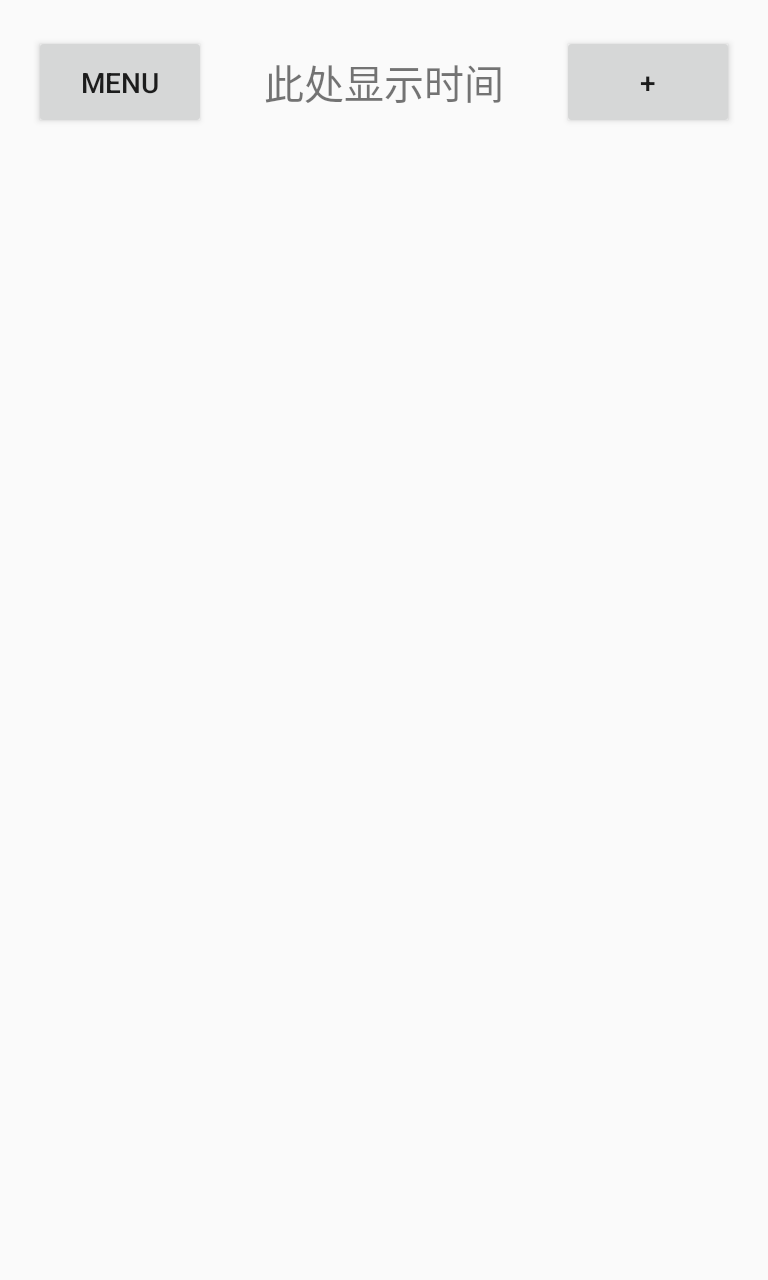
Repository: sh-zh-en/NBTodo
Layout: nbtodo/NBTodo/res/layout/activity_nbtodo_main.xml
These files come from the project's save history. The layout is drawn as it stood at one moment and after the next save; the edit follows.
It is drawn on a 768 x 1280 px phone screen (xhdpi) without system bars, with theme AppTheme; the app's code is not run.

Above is the layout before, as saved 2015-03-06 02:41:01.

### nbtodo/NBTodo/res/layout/activity_nbtodo_main.xml
<RelativeLayout xmlns:android="http://schemas.android.com/apk/res/android"
    xmlns:tools="http://schemas.android.com/tools"
    android:layout_width="match_parent"
    android:layout_height="match_parent"
    android:paddingBottom="@dimen/activity_vertical_margin"
    android:paddingLeft="@dimen/activity_horizontal_margin"
    android:paddingRight="@dimen/activity_horizontal_margin"
    android:paddingTop="@dimen/activity_vertical_margin"
    tools:context="com.nba.nbtodo.NBTodoMainActivity" >
    <FrameLayout
        android:layout_width="match_parent"
        android:layout_height="50dp"
        android:layout_gravity="bottom"
		android:weightSum="2"
        android:orientation="vertical" >
		<TextView
	        android:id="@+id/textview"
	        android:layout_width="match_parent"
	        android:layout_height="match_parent"
	        android:text="@string/show_time"
	        android:gravity="center"
		    android:textSize="20sp"
			/>
		<Button
	        android:id="@+id/button_task_menu"
	        android:layout_width="wrap_content"
	        android:layout_height="match_parent"
	        android:text="@string/task_menu"
	        />
		<Button
	        android:id="@+id/button_addition_task"
	        android:layout_width="wrap_content"
	        android:layout_height="match_parent"
		    android:layout_gravity="end"
	        android:text="@string/addition_task_button"
	        />
	</FrameLayout>




</RelativeLayout>

### nbtodo/NBTodo/res/values/strings.xml
<?xml version="1.0" encoding="utf-8"?>
<resources>

    <string name="app_name">NBTodo</string>
    <string name="hello_world">Hello world!</string>
    <string name="action_settings">Settings</string>


    <string name="activity_nbtodo_main_button01">添加任务</string>


    <string name="addition_task_layout_edittext01">请输入待办事项</string>
    <string name="addition_task_layout_radiobutton01">很重要-很紧急</string>
    <string name="addition_task_layout_radiobutton02">很重要-不紧急</string>
    <string name="addition_task_layout_radiobutton03">不重要-很紧急</string>
    <string name="addition_task_layout_radiobutton04">不重要-不紧急</string>
    <string name="addition_task_button">+</string>
    <string name="edit">></string>
    <string name="task_menu">menu</string>
    <string name="show_time">此处显示时间</string>





</resources>

Loaded but not shown: nbtodo/NBTodo/res/values/styles.xml (common file); nbtodo/NBTodo/res/values-v11/styles.xml (common file); nbtodo/NBTodo/res/values-v14/styles.xml (common file); nbtodo/NBTodo/res/values/dimens.xml (common file); nbtodo/NBTodo/res/values-w820dp/dimens.xml (common file)

After the next save:
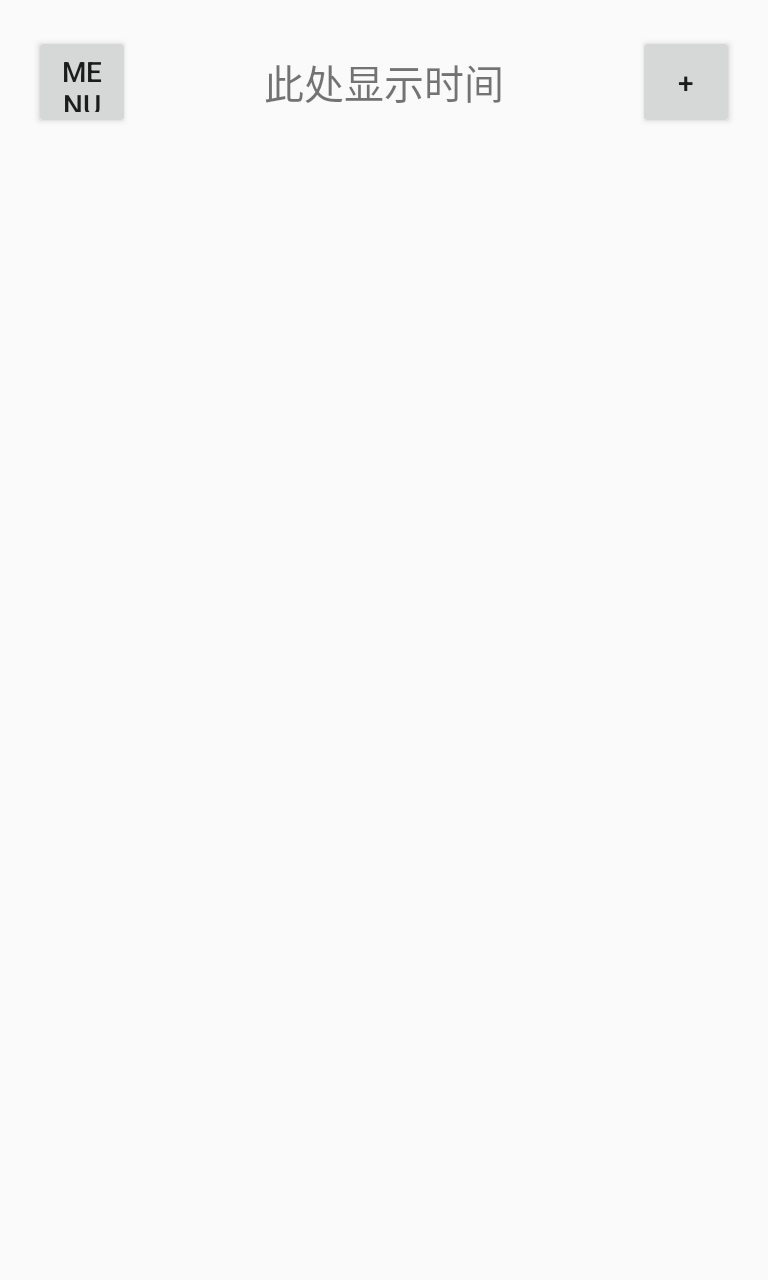
Saved 7 min 0 s later.
--- a/nbtodo/NBTodo/res/layout/activity_nbtodo_main.xml
+++ b/nbtodo/NBTodo/res/layout/activity_nbtodo_main.xml
@@ -23,13 +23,13 @@
 			/>
 		<Button
 	        android:id="@+id/button_task_menu"
-	        android:layout_width="wrap_content"
+	        android:layout_width="50dp"
 	        android:layout_height="match_parent"
 	        android:text="@string/task_menu"
 	        />
 		<Button
 	        android:id="@+id/button_addition_task"
-	        android:layout_width="wrap_content"
+	        android:layout_width="50dp"
 	        android:layout_height="match_parent"
 		    android:layout_gravity="end"
 	        android:text="@string/addition_task_button"
